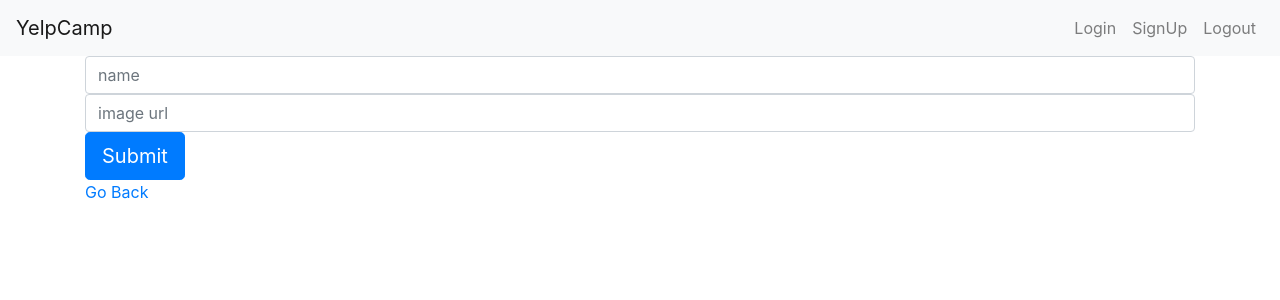
Repository: ninad1999/Yelp-Camp
Page: http://localhost/campgrounds/new
The author's editor kept a record of every edit. The page is drawn from the files as they stood at one moment, then again after the next edit.
The browser window is 1280 px wide. The pictures show the whole page.
The page is served by the project's Node server (V1/app.js).

Above is the page before.

After the next edit:
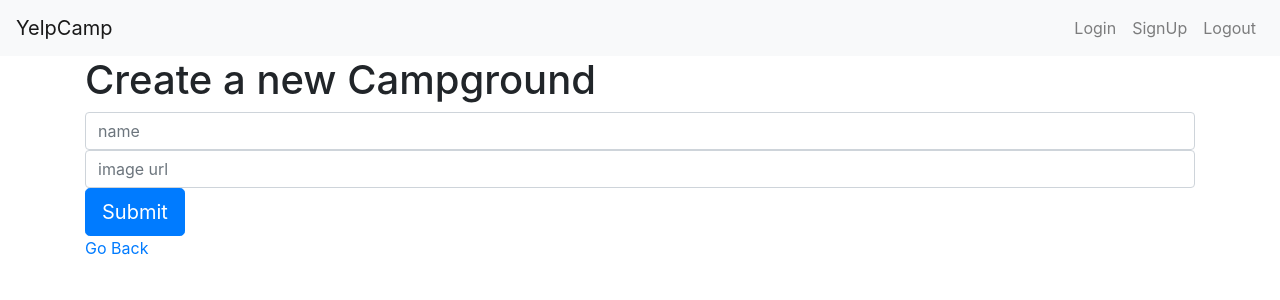
The edit:
--- a/workspace/V1/views/new.ejs
+++ b/workspace/V1/views/new.ejs
@@ -2,6 +2,7 @@
 
 
 <div class="container">
+    <h1>Create a new Campground</h1>
     <form action="/campgrounds" method="POST">
         <input class="form-control" type="text" name="name" placeholder="name">
         <input class="form-control" type="text" name="image" placeholder="image url">
